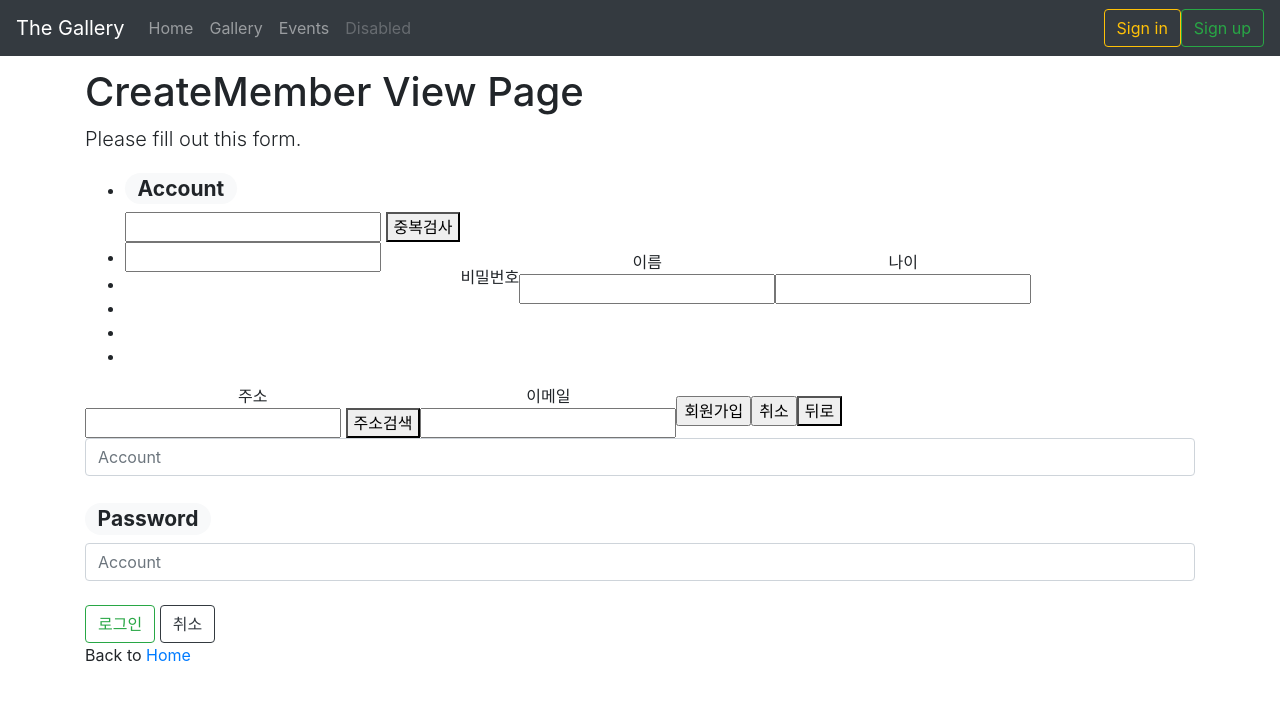
Repository: caramelsyrup/SpringProject1
Page: http://localhost/gallery/WEB-INF/views/member/createMember.jsp
These files come from the project's save history. The page is drawn as it stood at one moment and after the next save; the edit follows.
The browser window is 1280 px wide. The pictures show the whole page.
The page is served by Tomcat 9. Nobody is signed in. The template is opened directly, without the code that normally fills it, so the values that code supplies are empty.

Above is the page before, as saved 2020-11-17 03:45:03.

After the next save:
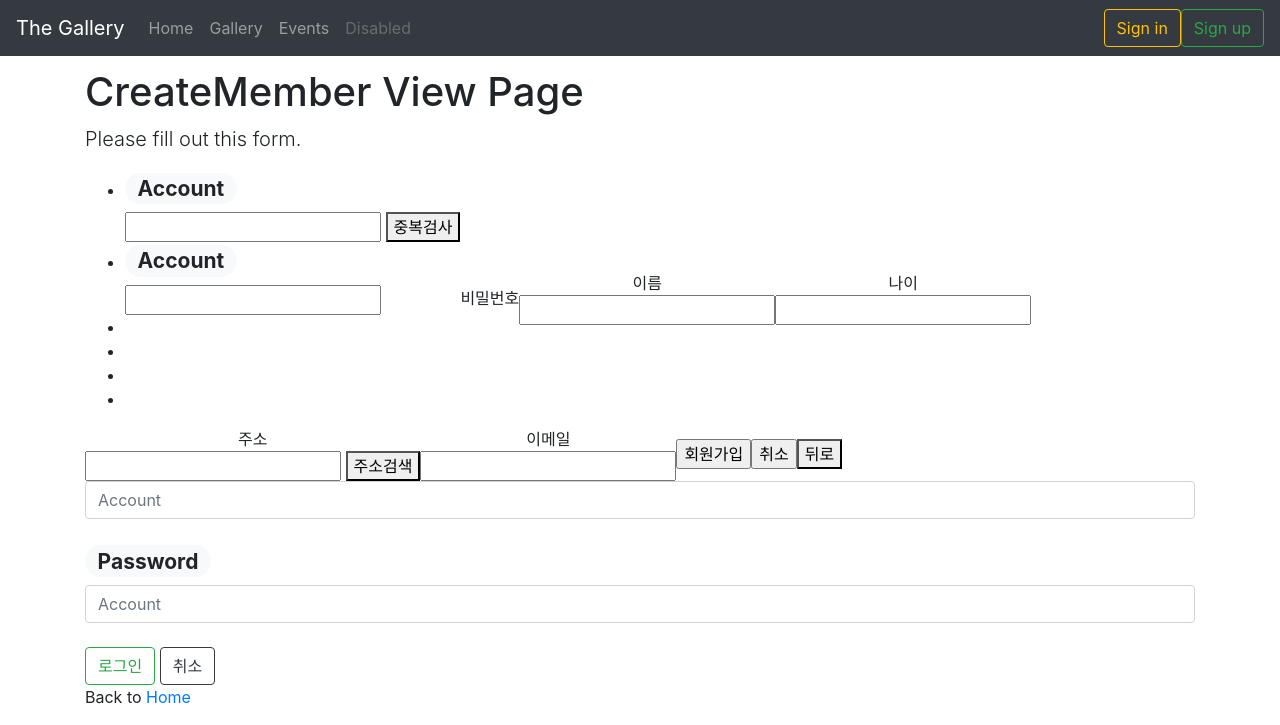
Saved 8 s later.
--- a/gallery/src/main/webapp/WEB-INF/views/member/createMember.jsp
+++ b/gallery/src/main/webapp/WEB-INF/views/member/createMember.jsp
@@ -19,6 +19,7 @@
 				<button type="button" id="btnIDchk">중복검사</button>
 			</li>
 			<li>
+				<h3><span class="badge badge-pill badge-light">Account</span></h3>
 				<!-- 회원 비밀번호 -->
 				<input type="password" name="password" id="password"/>
 			</li>
